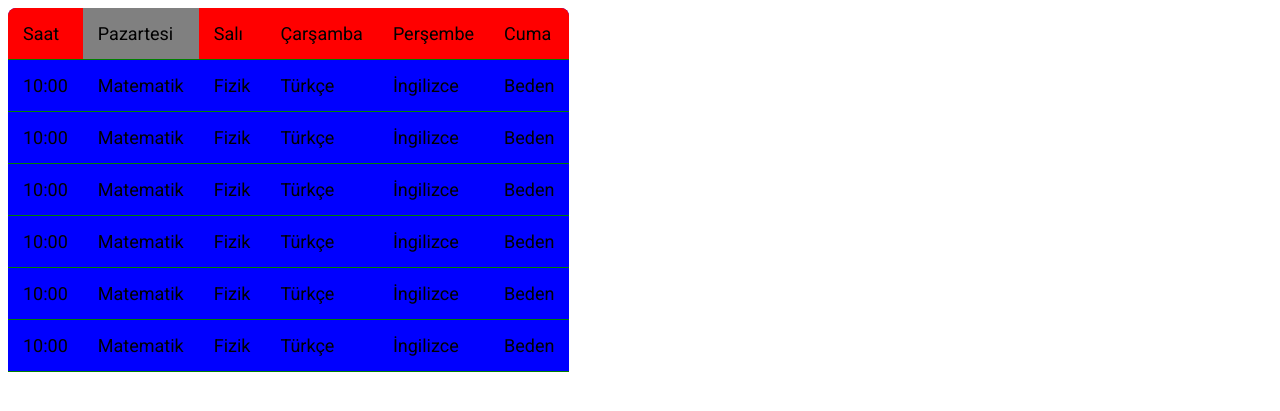
Repository: ahmetbugraozcan/css-ders-programi
Page: deneme2.html
An editor plug-in stored every save of this project. The page is shown before and after the next save, followed by the edit.
The browser window is 1280 px wide. The pictures show the whole page.

Above is the page before, as saved 2021-07-10 19:25:57.

After the next save:
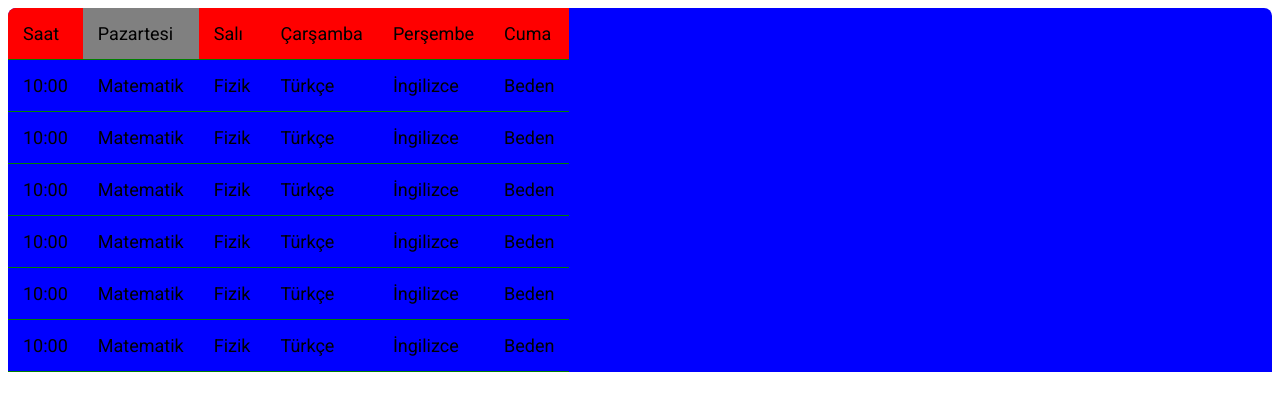
Saved 43 s later.
--- a/deneme2.html
+++ b/deneme2.html
@@ -18,7 +18,7 @@
             background-color: red;
         }
         .row {
-            width: fit-content;
+
             border-radius: 8px 8px 0 0;
             overflow: hidden;
             display: flex;
@@ -30,7 +30,9 @@
 
             border-bottom: 1px solid green;
         }
-            .row>div{}
+            .row>div{
+                width: fit-content;
+            }
         .row>div>div,
         .head {
             padding: 15px;
